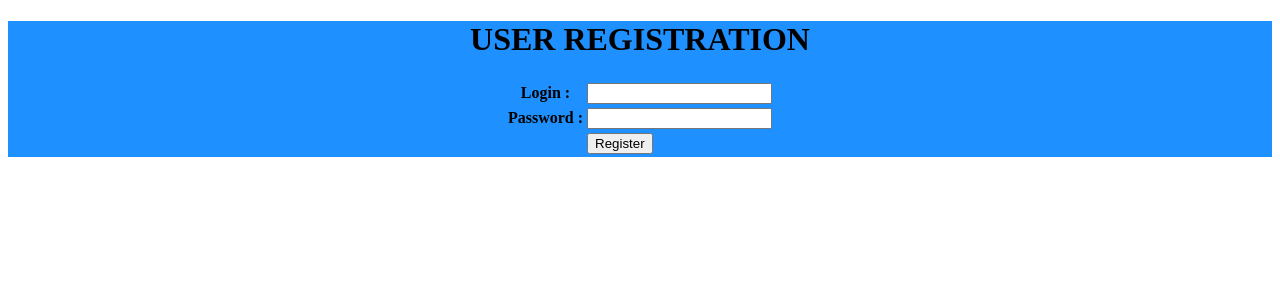
Repository: sachinmandloi1921/AdvanceJava
Page: http://localhost/Advance_Maven/loginview.jsp
The author's editor kept a copy of each file at every save. The page is drawn from the files as they stood at one save, then again after the next save.
The browser window is 1280 px wide. The pictures show the whole page.
The page is served by Tomcat 9.

Above is the page before, as saved 2022-07-12 05:30:08.

After the next save:
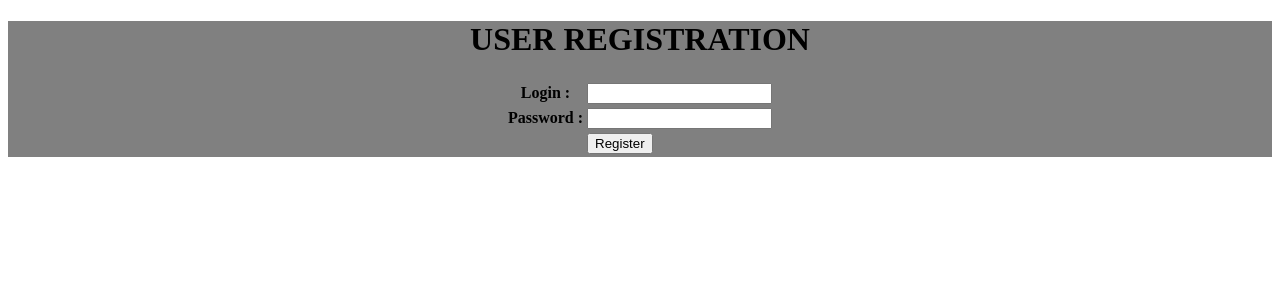
Saved 11 s later.
--- a/Advance Workspace/Advance_Maven/src/main/webapp/loginview.jsp
+++ b/Advance Workspace/Advance_Maven/src/main/webapp/loginview.jsp
@@ -9,7 +9,7 @@
 <body>
 <form action="reg" method="post">
 
-		<div align="center" style="background-color:DodgerBlue;">
+		<div align="center" style="background-color:gray;">
 
 			<h1>USER REGISTRATION</h1>
 			<table>
